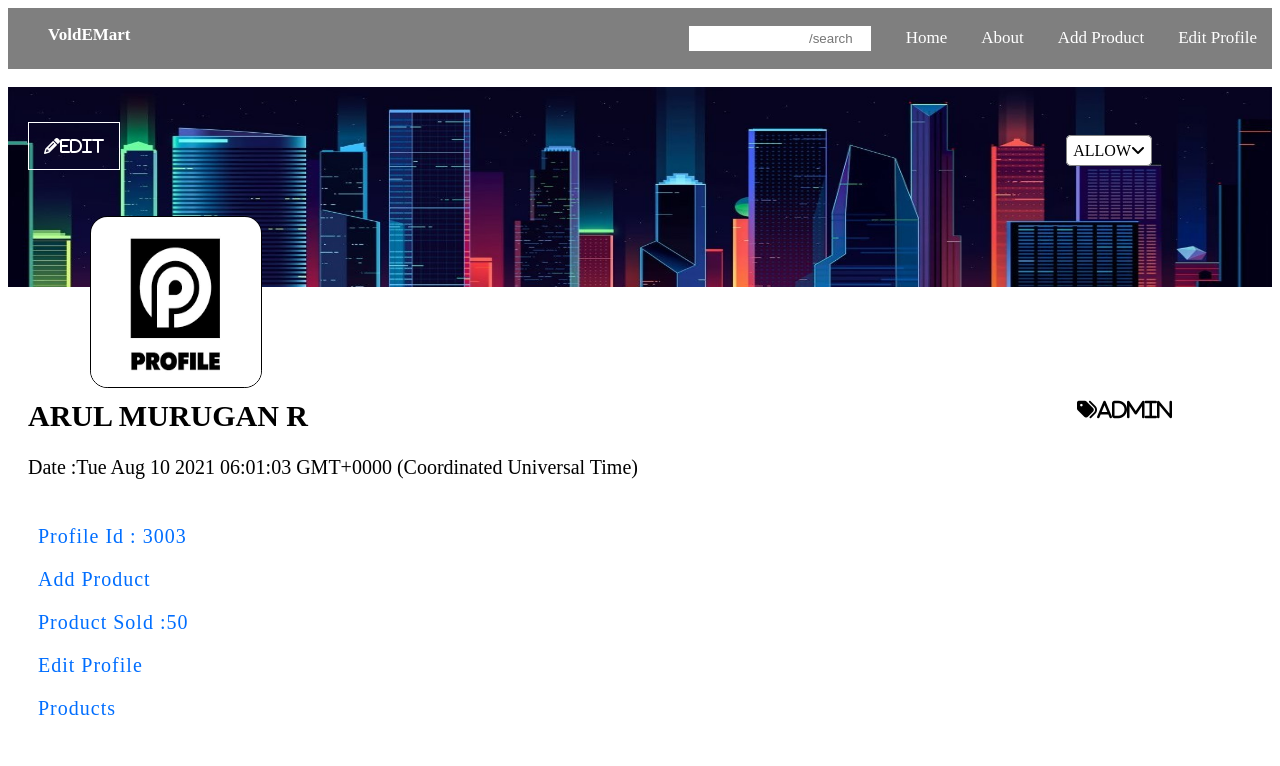
Repository: Navin3d/Voldemart
Page: http://localhost/user/profile
These files come from the project's save history. The page is drawn as it stood at one moment and after the next save; the edit follows.
The browser window is 1280 px wide. The pictures show the whole page.
Some web libraries are served in a nearby version. The page is this project's Thymeleaf template; nobody is signed in. The template is opened directly, without the code that normally fills it, so the values that code supplies are empty.

Above is the page before, as saved 2021-08-12 12:32:11.

### voldemart/src/main/resources/templates/user/profile.html
<!DOCTYPE html>
<html lang="en" xmlns:th="http://www.thymeleaf.org">
<head>
    <meta charset="UTF-8">
    <meta http-equiv="X-UA-Compatible" content="IE=edge">
    <meta name="viewport" content="width=device-width, initial-scale=1.0">
    <script src="https://kit.fontawesome.com/f6369706ad.js" crossorigin="anonymous"></script>
    <link rel="stylesheet" th:href="@{/css/profile.css}" type="text/css" >
    <title>Profile</title>
</head>
<body>
    <!-- changes -->
    <div class="topbar" >
        <div id="t1">
        <ul class="ul">

            <li><a href="/products" id="logo"><b>VoldEMart</b></a></li>
            <li><input class="psea"type="search" placeholder="/search" ></li>
            <li><a href="" >Home</a></li>
            <li><a href="" >About</a></li>
            <li><a href="/user/product/add" >Add Product</a></li>
            <li><a href="/user/profile/edit" >Edit Profile</a></li>
            <i class="fas fa-bars" id="menu"></i>
        </ul>
    </div>
    </div><br>
    <div class="hide" id="alt" >
        <li><a href="amakart.html" >Home</a></li>
        <li><a href="#" >Shop</a></li>
        <li><a href="#" >About</a></li>
        <li><a href="productd.html" >Add Product</a></li>
        <li><a href="profiled.html" >Edit Profile</a></li>
        <li><a href="login.html" >Login</a></li>
    </div>
    <!-- changes -->
    <div class="bg">
        <img class="bgi" src="../img/profilebg.jpg" />
    </div>
    <div class="edit"><i class="fas fa-pencil-alt">Edit</i></div>
    <div class="drop">
        <label class="label">ALLOW<i class="fa-solid fa-angle-down"></i></label><br>
        <div class="hide" id="def">
            <input id="seller" type="checkbox">
            <label for="seller" >ADMIN</label><br>
            <input id="seller" type="checkbox">
            <label for="seller" >SUPERUSER</label><br>
            <input id="seller" type="checkbox">
            <label for="seller" >SELLER</label><br>
            <input id="seller" type="checkbox">
            <label for="seller" >BUYER</label><br>
            <input id="seller" type="checkbox">
            <label for="seller" >EMPTY</label><br>
        </div>
    </div>
    <div class="profile">
        <img class="imgp" src="../img/profileimg.png" />
    </div>
    <div class="content">
        <br>
        <label id="bold">ARUL MURUGAN R</label>
        <label id="ba"><i class="fas fa-tags">Admin</i></label><br><br>
        <label>Date :<label id="tdate"></label></label>
        <!-- <label>Profile Id : 3003</label><br>
        <label>Product Counts :50</label><br>
        <label>Name : Ajakax</label> -->
    </div>
    <div class="list">
        <ul class="l1">
            <li>Profile Id : 3003</li>
            <li><a href="productd.html">Add Product</a></li>
            <li><a href="#">Product Sold :50</a></li>
            <li><a href="profiled.html">Edit Profile</a></li>
            <li><a href="#">Products</a></li>
            <!-- <li><a href="#">Settings</a></li> -->
        </ul>
    </div>
    <input type="file" class="imgb">
    <input type="file" class="imgbg">
    <script src="../js/profile.js"></script>

</body>
</html>

### voldemart/src/main/resources/static/css/profile.css
::-webkit-scrollbar{
    width:10px;
}

::-webkit-scrollbar-thumb{
    border-radius: 5px;
    background-color:gray;

}
::-webkit-scrollbar-thumb:focus{
    width:22px;
}
.topbar{
    text-align: right;
    /* background-color:#e83283; */
    background:transparent;
    padding:1px 0px;
    background-color:rgb(0,0,0,0.5);
}

#t1{
    text-align:right;
}
#logo{
    float:left;
    font-size:17px;

}
#logo:hover{
    font-weight: bold;
    color:rgb(255, 194, 27);
    transition:0.5s;
}
.psea{
    border:1px solid gray;
    padding:5px;
    width:15%;
    text-align: right;
    outline:none;
    transition:width 0.4s ease-out;
}
.psea:focus{
    border:0px;
    outline:2px solid rgb(255, 194, 27);
    width:30%;
    text-align:left;
}
.topbar .ul li{
    list-style:none;
    display:inline;
    padding:0px 15px;
    width:100%;
}
.ul li{
    color:white;
}
.ul li a{
    text-decoration: none;
    color:white;
    font-size: 17px;
}
.ul li a:hover,li i:hover{
    /* border:1px solid white; */
    font-weight: bold;
    color:rgb(255, 194, 27);
    transition:0.5s;
}
.topbar {
    /* border-bottom:1px solid black; */
    box-shadow: 0 2px 5px white;

}
#menu{
    font-size:35px;
    padding:8px;
    display: none;
    color:white;
    border:1px solid #fff;
    border-radius: 12px;
    margin-right:5px;

}

#alt{
    text-align:left;
    text-decoration: none;
    list-style:none;
    background-color:white;
    font-weight:bold;
    font-size:25px;
    border-bottom:1px solid black;
}
#alt li a{
    color:white;

}
#alt li a:hover{
    color:rgb(255, 194, 27);
}
.hide{
    display:none;
}
.show{
    display:inline;
}
@media (max-width:700px){
    #menu{
        display:inline;
    }
    .topbar .ul li{
        display:none;
    }
}
@media (min-width:700px){
    #alt{
        display:none;
    }
}
body{
    background-color:rgb(255,255,255,0.5);
}
.bgi{
    width:100%;
    height:200px;
}
.profile{
    border:1px solid black;
    border-radius:10%;
    background-color:#fff;
    height:170px;
    width:170px;
    position:absolute;
    top:30%;
    left:7%;
    text-align: center;
    overflow:hidden;
    cursor:pointer;
}
.imgp{
    height:170px;
    width:170px;
}
.content{
    font-size: 20px;

    padding-left:20px;
    margin-top:85px;
}
.content #bold{
    font-size:30px;
    font-weight: bold;
}
#ba{
    float:right;
    padding-right:100px;
    font-weight: bold;
}
#ba i{
    margin-left:5px;
}
.drop{
    margin-top:20px;
    float:right;
    position:absolute;
    top:17%;
    right:10%;
}
.drop .label:hover{

    font-weight: bold;
}
.drop .label{
    border:1px solid gray;
    padding:6px;
    border-radius: 5px;
    background-color:white;
}
.drop{
    background-color:cyan;
}
#def{
    background-color:cyan;
    position:absolute;
    margin-top:10px;
    width:150px;
}
.hide{
    display:none;
}
.show{
    display:inline;
}
.l1 li a,.l1 li{
    text-decoration: none;
    color:rgb(0, 110, 255);
    font-size: 20px;
    letter-spacing:1px;
    transition:0.5sec;
    cursor:pointer;
}
.l1{
    list-style-type:none;
    padding:20px;
}
.l1 li a:hover,.l1 li:hover{
    color:rgb(255, 166, 0);
}
.l1 li{
    padding:10px;
}
.edit{
    position:absolute;
    top:17%;
    cursor:pointer;
}
.edit i{
    border:1px solid white;
    margin-left:20px;
    padding:15px;
    color:white;
}
.imgb,.imgbg{
    display:none;
}

### voldemart/src/main/resources/static/js/profile.js
var dropm = document.querySelector(".label");
var dropc = document.querySelector("#def");
var img1 = document.querySelector(".imgp");
var img2 = document.querySelector(".bgi");
var bgi = document.querySelector(".edit");
var proi1 = document.querySelector(".imgb");
var proi2 = document.querySelector(".imgbg");
var position = document.querySelector("#ba i");
var allow = document.querySelector(".drop");

dropm.addEventListener("click", function () {
  if (dropc.classList.contains("hide")) {
    dropc.classList.add("show");
    dropc.classList.remove("hide");
  } else if (dropc.classList.contains("show")) {
    dropc.classList.add("hide");
    dropc.classList.remove("show");
  }
});
img1.addEventListener("click", function () {
  proi1.click();
});
bgi.addEventListener("click", function () {
  proi2.click();
});
proi1.addEventListener("change", function () {
  console.log(this.files);
  if (this.files && this.files[0]) {
    img1.src = URL.createObjectURL(this.files[0]);
  }
});
proi2.addEventListener("change", function () {
  if (this.files && this.files[0]) {
    img2.src = URL.createObjectURL(this.files[0]);
  }
});
console.log(position.innerHTML.toLowerCase());
if (position.innerHTML.toLowerCase() == "admin") {
  allow.classList.add("show");
} else {
  allow.classList.add("hide");
}
const d = new Date();
setInterval(function () {
  document.getElementById("tdate").innerHTML = d;
}, 1);

After the next save:
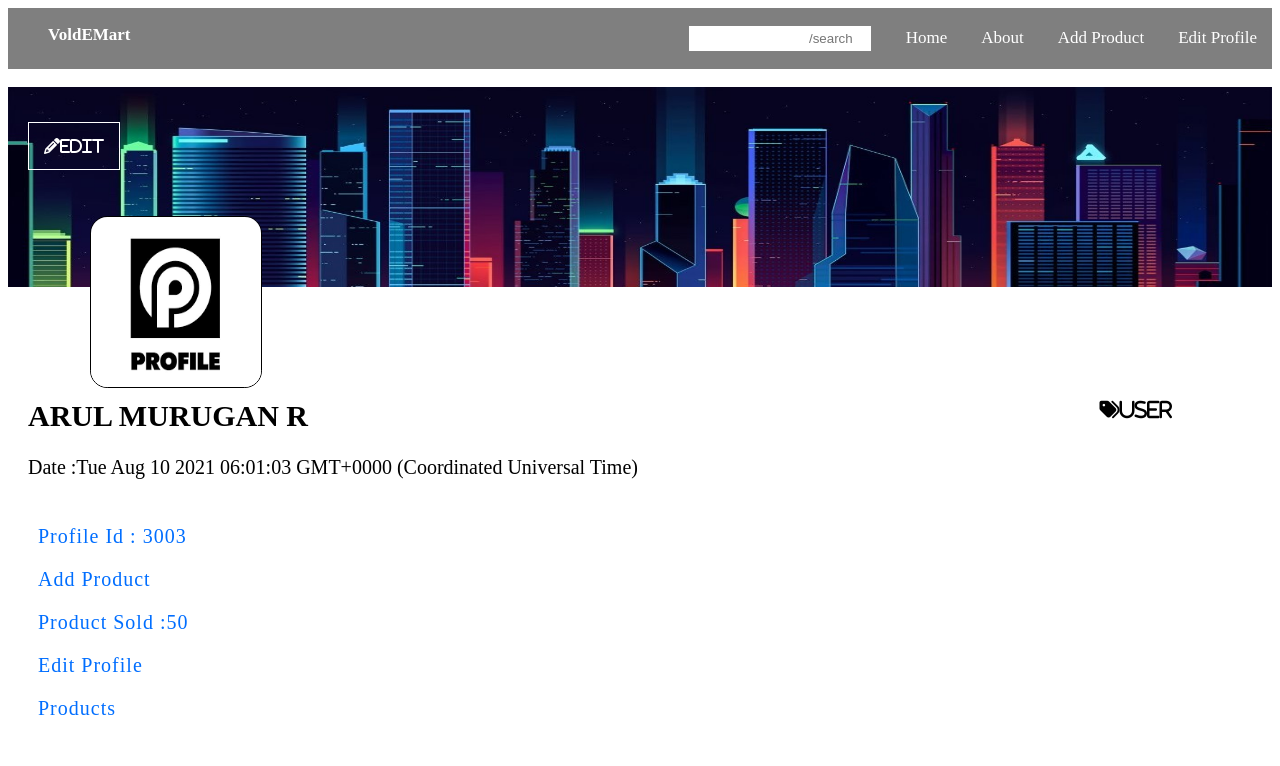
Saved 22 s later.
--- a/voldemart/src/main/resources/templates/user/profile.html
+++ b/voldemart/src/main/resources/templates/user/profile.html
@@ -58,7 +58,7 @@
     <div class="content">
         <br>
         <label id="bold">ARUL MURUGAN R</label>
-        <label id="ba"><i class="fas fa-tags">Admin</i></label><br><br>
+        <label id="ba"><i class="fas fa-tags">USER</i></label><br><br>
         <label>Date :<label id="tdate"></label></label>
         <!-- <label>Profile Id : 3003</label><br>
         <label>Product Counts :50</label><br>
